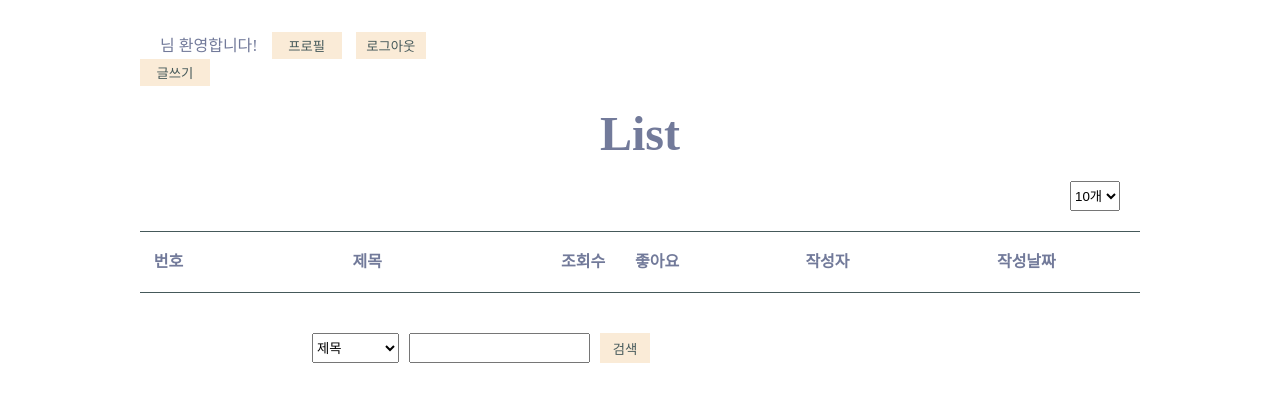
Repository: kayoyo/jsp
Page: http://localhost/BoardWeb_4/WEB-INF/jsp/board/list.jsp
An editor plug-in stored every save of this project. The page is shown before and after the next save, followed by the edit.
The browser window is 1280 px wide. The pictures show the whole page.
The page is served by Tomcat 9. Nobody is signed in. Other server files are loaded and not shown. The template is opened directly, without the code that normally fills it, so the values that code supplies are empty.

Above is the page before, as saved 2020-09-03 08:31:01.

### BoardWeb_4/WebContent/WEB-INF/jsp/board/list.jsp
<%@ page language="java" contentType="text/html; charset=UTF-8"
	pageEncoding="UTF-8"%>
<%@ page import="java.util.*"%>
<%@ page import="com.koreait.pjt.vo.BoardVO"%>
<%@ taglib uri="http://java.sun.com/jsp/jstl/core" prefix="c"%>
<!DOCTYPE html>
<html>
<head>
<meta charset="UTF-8">
<style>
* {
	margin: 0;
	padding: 0;
}

*:focus{
	outline:none;
}

a {
	text-decoration: none;
	color : #45595a;

}

.pageCnt {
	text-align: center;
	font-size: 20px;
	margin-top: 50px;

}

.container {
	width: 1000px;
	margin: 0 auto;
}

.nowP {
	color: pink;
}
.user_name { margin-top: 30px;
			margin-left: 20px;
			color : #727A9A;
}
.user_write > button.writeBtn { display: flex; justify-content: flex-end;
}
.logOutBtn {width: 70px; height: 27px;
			margin-left:10px;
			background-color: #faebd7;
			color: #45595a; border:none;
}
.writeBtn {width: 70px; height: 27px;
		   background-color: #faebd7;
		   color: #45595a; border:none;


}
.proBtn {width: 70px; height: 27px;
			margin-left:10px;
			background-color: #faebd7;
			color: #45595a; border:none;
}

.containerPImg {
		display: inline-block;
		width: 30px;
		height: 30px;
	    border-radius: 50%;
	    overflow: hidden;
	}

	.pImg {

		 object-fit: cover;
		  max-width:100%;
	}

#iiyo {color : pink; }

.highlight {color: red;}

.user {
		font-size : 1.5em;
		font-weight:bold;
		color: #45595a;
	}
.title {
		font-size : 3em;
		font-weight:bold;
		text-align: center;
		margin : 20px;
		color : #727A9A;
		}
#selFrm {
		display : flex;
		justify-content: flex-end;
		margin : 20px;
	}

form#searchCss { width : 500px;
				display : flex;
				justify-content: end;
				margin-top: 40px;
				margin-left: 10px;
}
select#searchCss1{ margin-right: 10px; height: 30px; }

input#searchCss2{ margin-right: 10px;}

input#searchCss3{ margin-left: 0;
				  width: 50px;
				  background-color: #faebd7;
		          color: #45595a; border:none
		          }
select.recodeCnt { height: 30px; }

table th, td {line-height : 60px;
		 		  border-collapse: collapse;
		 		  border-bottom: 1px solid #45595a;
				  border-top: 1px solid  #45595a;

}

table th {border-bottom: 1px solid #45595a;}

table { text-align: center;
	    color : #727A9A;
	    width : 1000px;
	    border-bottom: 1px solid #45595a;
		border-top: 1px solid  #45595a;
		border-collapse: collapse;
}


</style>

<title>리스트</title>
<link href="https://fonts.googleapis.com/icon?family=Material+Icons"
      rel="stylesheet">
</head>
<body>
	<div class="container">

		<div class="user_name">
		<span class="user">${loginUser.user_name}</span> 님 환영합니다!
		<a href="/profile"><button class="proBtn">프로필</button></a>
			<a href="/logout"><button class="logOutBtn">로그아웃</button></a>
		</div>
		<div class="user_write">
			<a href="/board/regmod"><button class="writeBtn">글쓰기</button></a>
		</div>
		<div class="title">List</div>
		<form id="selFrm" action="/board/list" method="get">
		<input type="hidden" name="page" value="1">
		<select name="record_cnt" onchange="changeRecord()" class="recodeCnt">
			<c:forEach begin="10" end="30" step="10" var="reItem">
				<c:choose>
					<c:when test="${recordCnt == reItem}">
						<option value="${reItem}" selected>${reItem}개</option>
					</c:when>
					<c:otherwise>
						<option value="${reItem}">${reItem}개</option>
					</c:otherwise>
				</c:choose>
			</c:forEach>
			</select>
			</form>
		<table>
			<tr>
				<th width=50>번호</th>
				<th width=300>제목</th>
				<th width=80>조회수</th>
				<th width=50>좋아요</th>
				<th width=50></th>
				<th width=150>작성자</th>
				<th width=200>작성날짜</th>
			</tr>
			<c:forEach items="${list}" var="liItem"><!--forEach items는 리스트 형태-->
				<tr onclick="moveToDetail(${liItem.i_board})">
					<td>${liItem.i_board}</td>
					<td>${liItem.title}</td>
					<td>${liItem.hits}</td>
					<td>${liItem.like_cnt}</td>
					<td>
					<div onclick="like(${liItem.like_cnt})">
			 			<c:if test = "${liItem.like_cnt == 0}">
             				<span class="material-icons" id="yadayo">thumb_up_alt</span></c:if>
			 			<c:if test = "${liItem.like_cnt == 1}">
			 				<span class="material-icons" id="iiyo">thumb_up_alt</span></c:if>
					</div>
					</td>
					<td>${liItem.user_nm}
					<div class="containerPImg">
					<c:choose>
						<c:when test="${liItem.profile_img != null}">
							<img class="pImg" src="/img/user/${liItem.i_user}/${liItem.profile_img}">
						</c:when>
						<c:otherwise>
							<img class="pImg" src="/img/default_profile.jpg">
						</c:otherwise>
						</c:choose>
						</div>
						</td>
						<td>${liItem.r_dt}</td>
				</tr>
			</c:forEach>
		</table>
			<form action="/board/list" id="searchCss">
				<select name="searchType" id="searchCss1">
					<option value="a" ${searchType == 'a' ? 'selected' : ''}>제목</option>
					<option value="b" ${searchType == 'b' ? 'selected' : ''}>내용</option>
					<option value="c" ${searchType == 'c' ? 'selected' : ''}>제목 + 내용</option>
				</select>
				<input type="search" name="searchText" value="${param.searchText}" id="searchCss2">
				<input type="submit" value="검색" id="searchCss3">
				<input type="hidden" name="record_cnt" value="${recordCnt}">
			</form>
		<div class="pageCnt">
			<c:forEach var="pItem" begin="1" end="${pagingCnt}">
				<c:choose>
					<c:when test="${pItem == page}">
						<span class="nowP">${pItem}</span>
					</c:when>
					<c:otherwise>
						<span class="page"><a href="/board/list?page=${pItem}&record_cnt=${recordCnt}&searchText=${param.searchText}&searchType=${searchType}">${pItem}</a></span>
					</c:otherwise>
				</c:choose>
			</c:forEach>
		</div>
	</div>
	<script>
	function moveToDetail(i_board){
		location.href = '/board/detail?page=${page}&record_cnt=${param.record_cnt}&searchType=${searchType}&searchText=${param.searchText}&i_board=' + i_board

	}
	function changeRecord(){
		selFrm.submit()
	}
	</script>
</body>
</html>

After the next save:
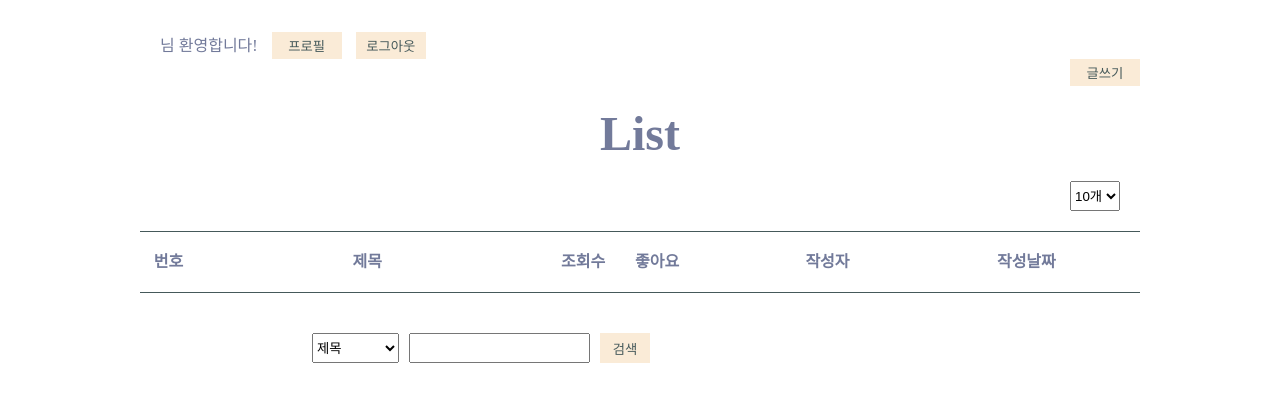
Saved 26 s later.
--- a/BoardWeb_4/WebContent/WEB-INF/jsp/board/list.jsp
+++ b/BoardWeb_4/WebContent/WEB-INF/jsp/board/list.jsp
@@ -42,7 +42,7 @@ a {
 			margin-left: 20px;
 			color : #727A9A;
 }
-.user_write > button.writeBtn { display: flex; justify-content: flex-end;
+div.user_write { display: flex; justify-content: flex-end;
 }
 .logOutBtn {width: 70px; height: 27px;
 			margin-left:10px;
